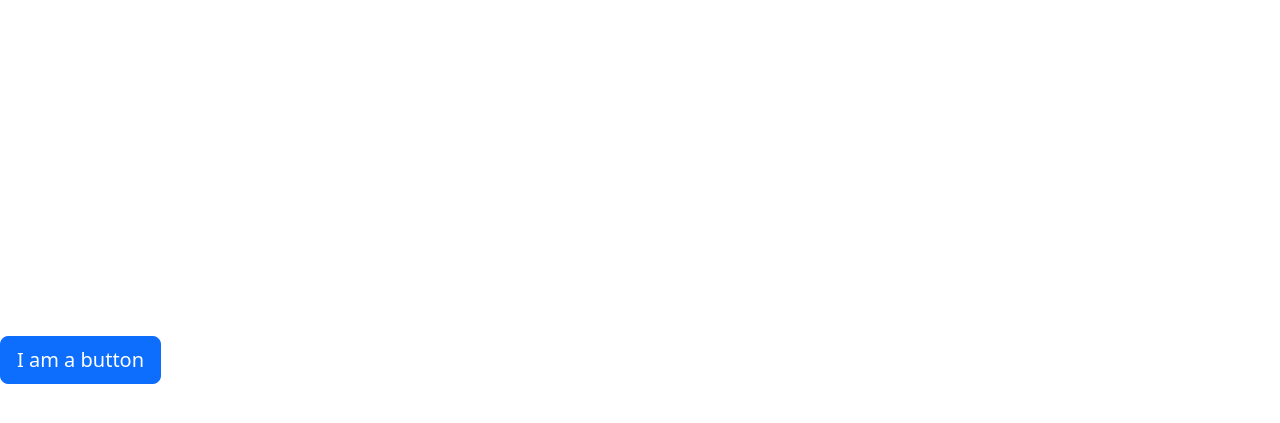
Repository: maikel-mattiu/notes-app
Page: /
An editor plug-in stored every save of this project. The page is shown before and after the next save, followed by the edit.
The browser window is 1280 px wide. The pictures show the whole page.
The project was rebuilt for these pictures with package versions that can differ from the ones it lists, and the page was loaded fresh each time. Also part of the build but not shown: vite.config.js.

Above is the page before, as saved 2024-06-24 04:30:07.

After the next save:
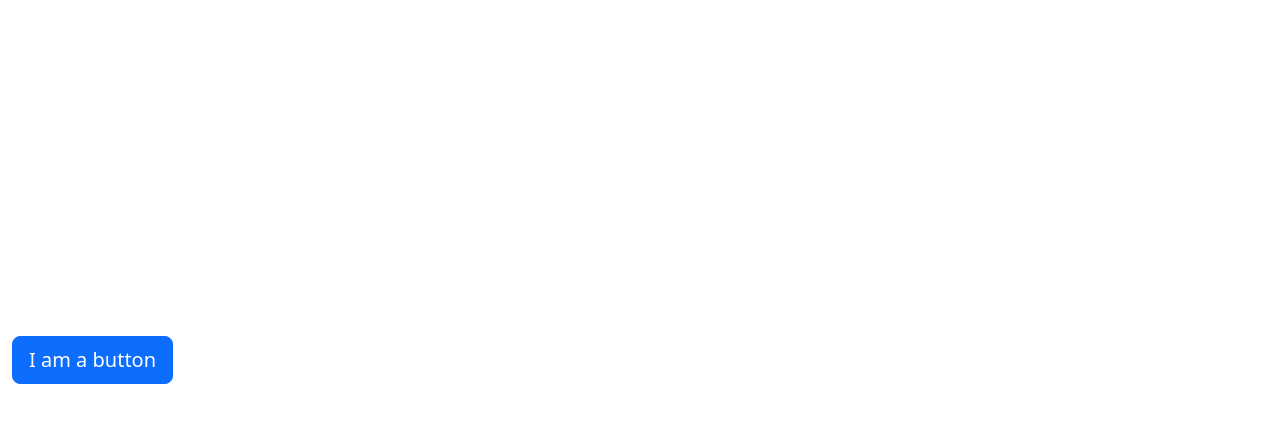
Saved 2 min 22 s later.
--- a/src/App.jsx
+++ b/src/App.jsx
@@ -1,16 +1,17 @@
 import React from "react"
+import Container from "react-bootstrap/Container"
 import Button from "react-bootstrap/Button"
 
 function App() {
 	return (
-		<div>
+		<Container>
 			<Button
 				variant="primary"
 				size="lg"
 			>
 				I am a button
 			</Button>
-		</div>
+		</Container>
 	)
 }
 
